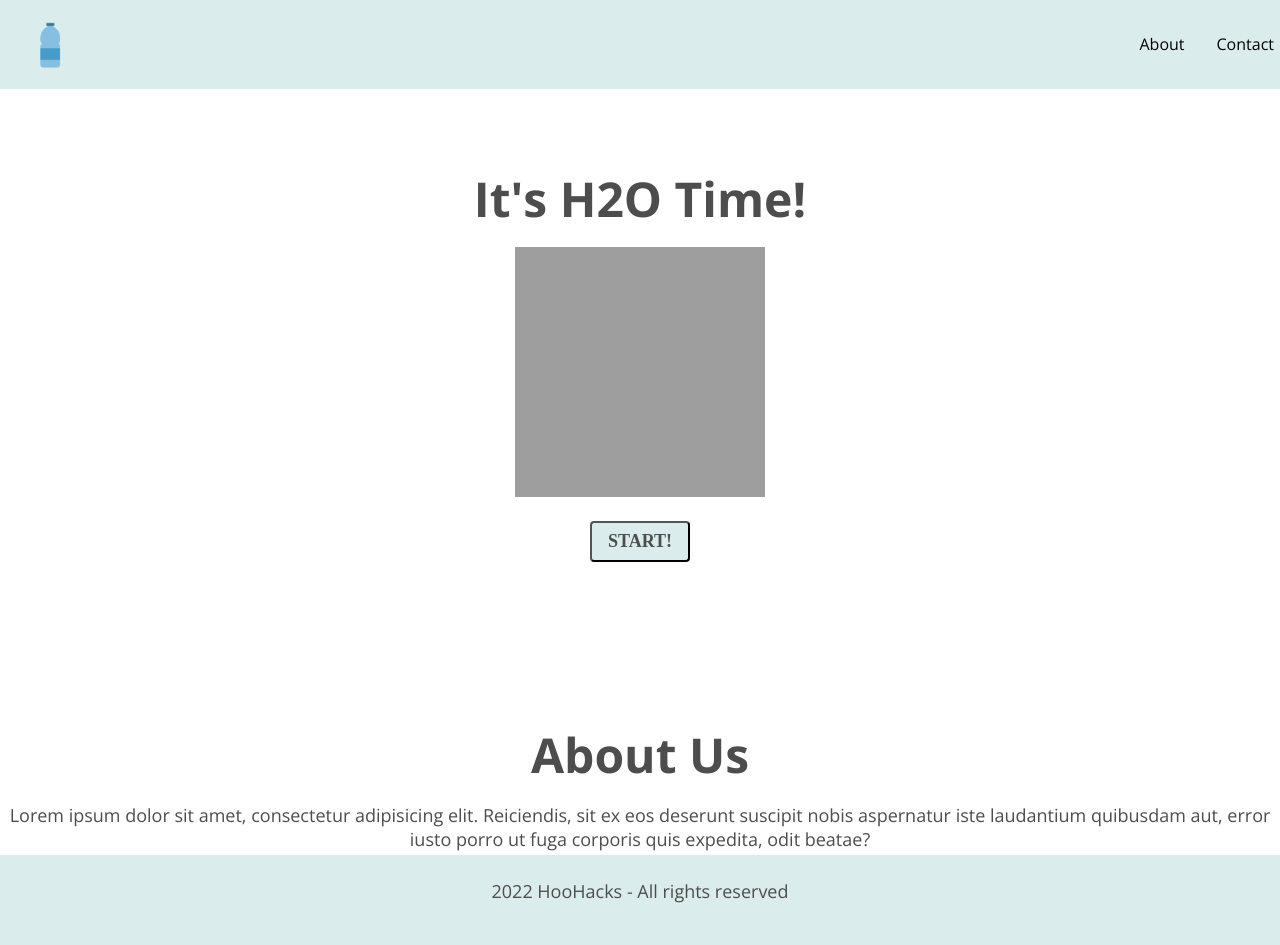
Repository: jennyjjung/H2ODaily
Page: index.html
The author's editor kept a copy of each file at every save. The page is drawn from the files as they stood at one save, then again after the next save.
The browser window is 1280 px wide. The pictures show the whole page.
Pictures or frames that could not be fetched are drawn as grey boxes. Some web fonts or font styles are not loaded; a fallback is used.

Above is the page before, as saved 2022-03-26 18:36:38.

After the next save:
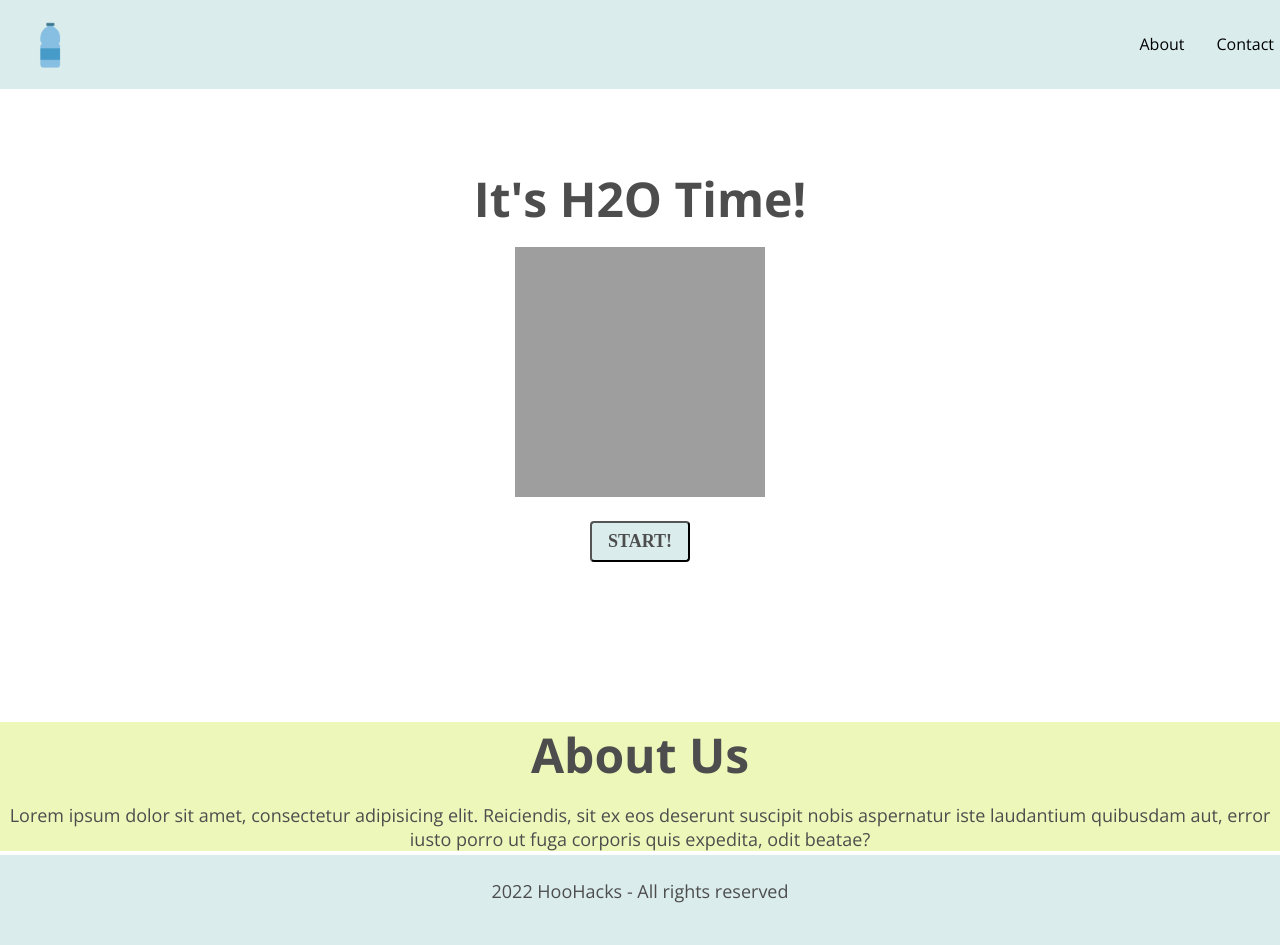
Saved 20 s later.
--- a/style.css
+++ b/style.css
@@ -135,3 +135,6 @@ a {
 }
 
 /* About */
+#about {
+  background-color: var(--color-yellow);
+}
